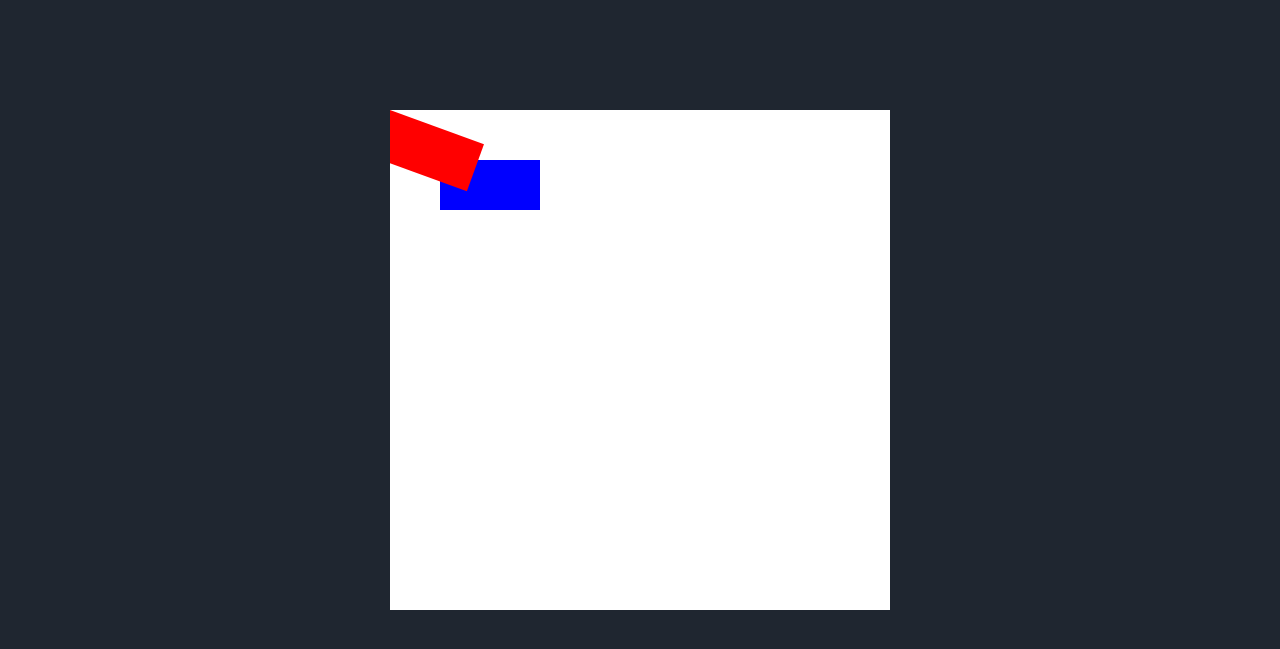
Repository: thecodeholic/cst-javascript-course
Page: /
These files come from the project's save history. The page is drawn as it stood at one moment and after the next save; the edit follows.
The browser window is 1280 px wide. The pictures show the whole page.
The project was rebuilt for these pictures with package versions that can differ from the ones it lists, and the page was loaded fresh each time.

Above is the page before, as saved 2020-11-25 10:37:32.

After the next save:
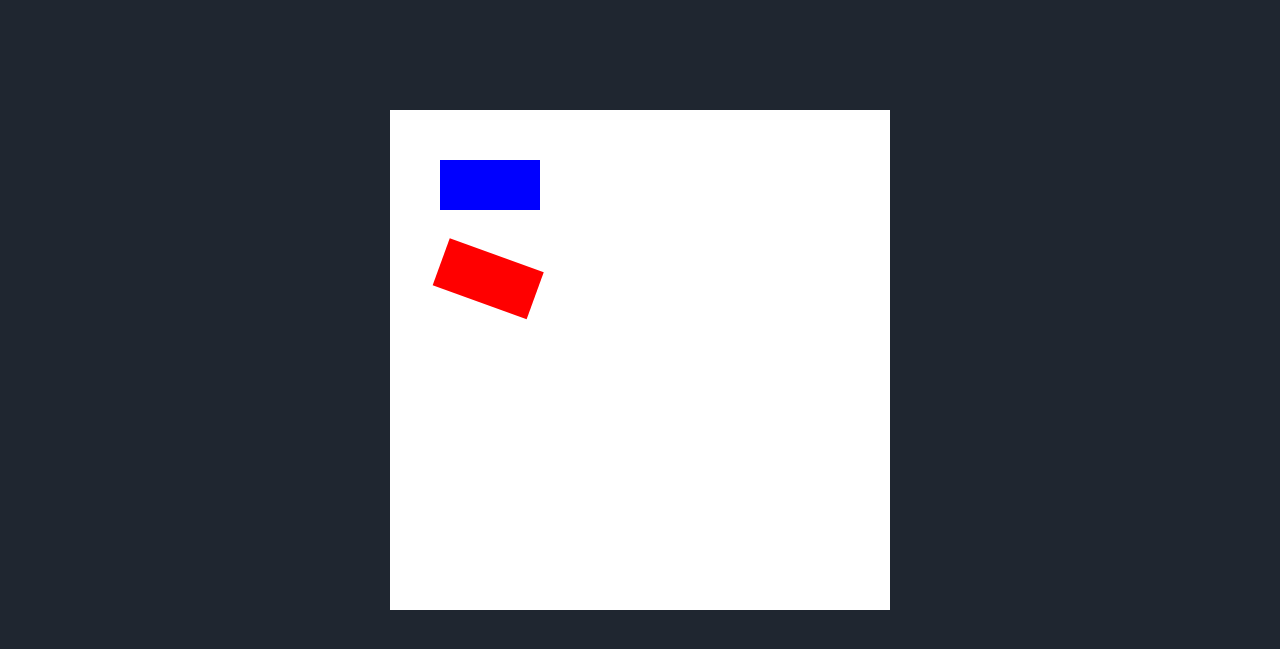
Saved 21 s later.
--- a/app.js
+++ b/app.js
@@ -17,6 +17,7 @@ ctx.fillRect(50, 50, 100, 50);
 
 // ctx.translate(100, 100)
 ctx.rotate(degToRad(20))
+ctx.translate(100, 100);
 ctx.fillStyle = 'red';
 ctx.fillRect(0, 0, 100, 50);
 
